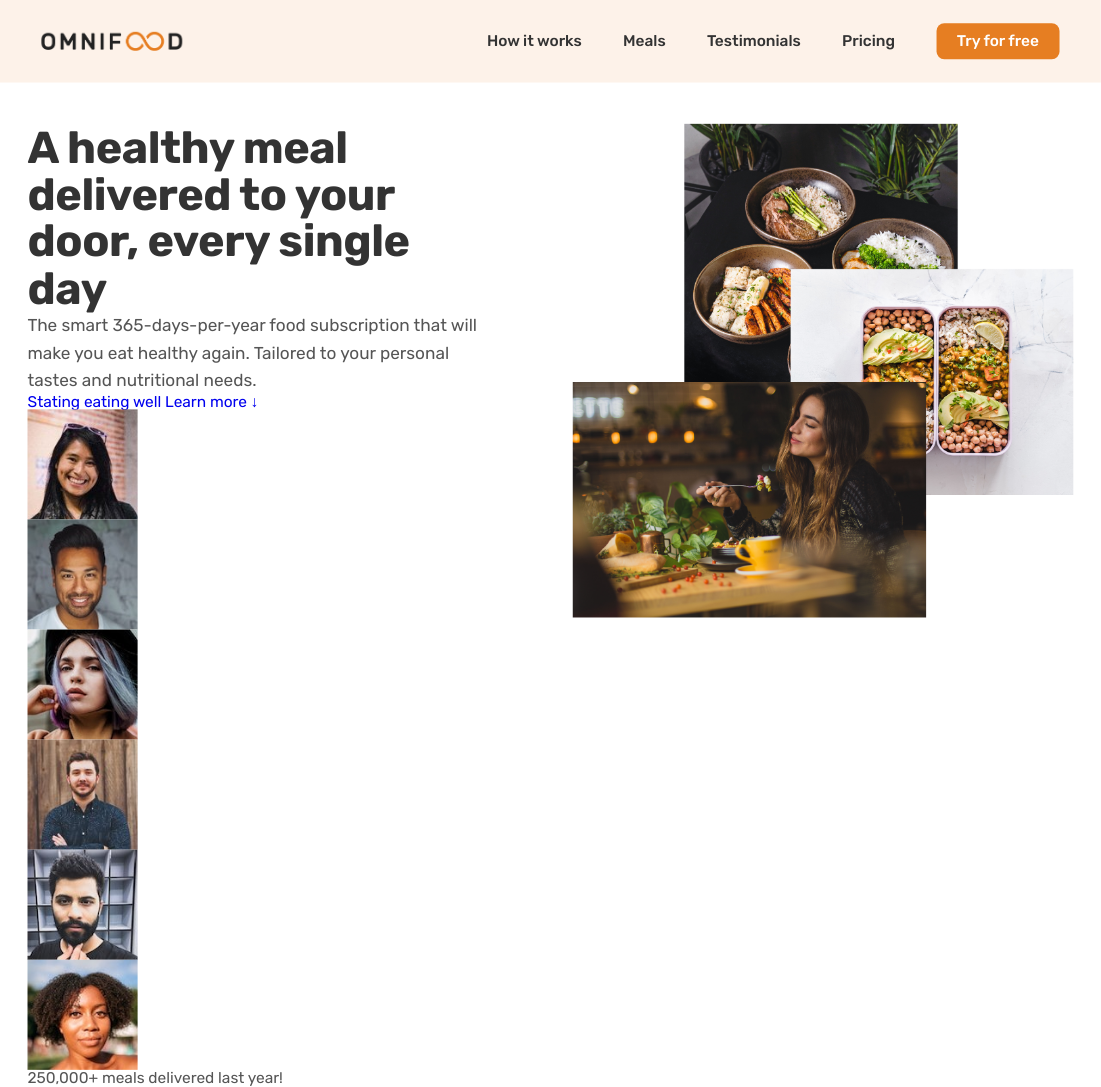
Repository: longvuht/omnifood-vu-nl
Page: index.html
The author's editor kept a copy of each file at every save. The page is drawn from the files as they stood at one save, then again after the next save.
The browser window is 1280 px wide. The pictures show the whole page, at 86% of full size.
The style sheet was rebuilt from its Sass, Less or Tailwind sources for each picture, by a compiler version that may differ from the author's.

Above is the page before, as saved 2022-09-18 17:57:56.

### index.html
<!DOCTYPE html>
<html lang="en">
  <head>
    <meta charset="UTF-8" />
    <meta name="viewport" content="width=device-width, initial-scale=1.0" />
    <link rel="preconnect" href="https://fonts.googleapis.com" />
    <link rel="preconnect" href="https://fonts.gstatic.com" crossorigin />
    <link
      href="https://fonts.googleapis.com/css2?family=Rubik:wght@400;500;600;700&display=swap"
      rel="stylesheet"
    />
    <link rel="stylesheet" href="./css/style.css" />
    <title>Omnifood vu-nl</title>
  </head>
  <body>
    <div class="wrapper">
      <header class="header">
        <div class="header__container">
          <div class="header__logo">
            <a href="#none" class="header__link"
              ><img
                src="./image/omnifood-logo.png"
                alt="logo omnifood-logo"
                class="header__image"
            /></a>
          </div>
          <div class="header__menu">
            <ul class="header__list">
              <li class="header__item">
                <a href="#none" class="header__link">How it works</a>
              </li>
              <li class="header__item">
                <a href="#none" class="header__link">Meals</a>
              </li>
              <li class="header__item">
                <a href="#none" class="header__link">Testimonials</a>
              </li>
              <li class="header__item">
                <a href="#none" class="header__link">Pricing</a>
              </li>
              <li class="header__item">
                <a href="#none" class="header__link">Try for free</a>
              </li>
            </ul>
          </div>
        </div>
      </header>
      <section class="hero">
        <div class="hero__container">
          <div class="hero__info">
            <h1 class="hero__heading">
              A healthy meal delivered to your door, every single day
            </h1>
            <p class="text-lg hero__desc">
              The smart 365-days-per-year food subscription that will make you
              eat healthy again. Tailored to your personal tastes and
              nutritional needs.
            </p>
            <a href="#none" class="button button--primary"
              >Stating eating well</a
            >
            <a href="#none" class="button button--secondary"
              >Learn more &ShortDownArrow;</a
            >
            <div class="hero__meals">
              <div class="hero__meals-customer">
                <img
                  src="./image/customers/customer-1.jpg"
                  alt="customer image"
                  class="hero__meals-image"
                />
                <img
                  src="./image/customers/customer-2.jpg"
                  alt="customer image"
                  class="hero__meals-image"
                />
                <img
                  src="./image/customers/customer-3.jpg"
                  alt="customer image"
                  class="hero__meals-image"
                />
                <img
                  src="./image/customers/customer-4.jpg"
                  alt="customer image"
                  class="hero__meals-image"
                />
                <img
                  src="./image/customers/customer-5.jpg"
                  alt="customer image"
                  class="hero__meals-image"
                />
                <img
                  src="./image/customers/customer-6.jpg"
                  alt="customer image"
                  class="hero__meals-image"
                />
              </div>
              <p class="hero__meals-delivered">
                <span>250,000+</span> meals delivered last year!
              </p>
            </div>
          </div>
          <div class="hero__image">
            <img
              src="./image/hero.png"
              alt="woman enjoying food, meals in strorage container, and food bowls on a table"
            />
          </div>
        </div>
      </section>
    </div>
  </body>
</html>

### sass/app.scss
@import "reset";
@import "variables";
@import "typography";
@import "global";
@import "header";
@import "hero";

### sass/_reset.scss
html {
  box-sizing: border-box;
}
* {
  margin: 0;
  padding: 0;
}
*,
*:before,
*:after {
  box-sizing: border-box;
}
input,
textarea,
select,
button {
  outline: none;
}
input {
  line-height: normal;
}
label,
button {
  cursor: pointer;
}
a {
  text-decoration: none;
}
img {
  display: block;
  max-width: 100%;
}
html {
  font-size: 62.5%;
}

### sass/_variables.scss
$primary-color: #fdf2e9;
$secondary-color: #e67e22;
$heading-color: #333;
$logo-color: #808080;
$text-color: #555;
$font: "Rubik", sans-serif;

### sass/_typography.scss
h1 {
  font-size: 5.2rem;
  font-weight: 700;
  letter-spacing: -0.5px;
  line-height: calc(54.6 / 52);
  color: $heading-color;
}
h2 {
  font-size: 4.4rem;
  font-weight: 700;
  letter-spacing: -0.5px;
  line-height: calc(52.8 / 44);
  color: $heading-color;
}
h3 {
  font-size: 3rem;
  font-weight: 700;
  letter-spacing: -0.5px;
  line-height: calc(36 / 30);
  counter-reset: $heading-color;
}
.text-lg {
  font-size: 2rem;
  line-height: calc(32 / 20);
}

### sass/_global.scss
body {
  font-family: $font;
  font-size: 1.8rem;
  line-height: 1;
  font-weight: 400;
  color: #555;
}
.container {
  max-width: 120rem;
  margin: 0 auto;
}

### sass/_header.scss
.header {
  margin-bottom: 4.8rem;
  &__container {
    padding: 2.7rem 4.8rem;
    background-color: $primary-color;
    display: flex;
    justify-content: space-between;
    align-items: center;
  }
  &__image {
    height: 2.2rem;
  }
  &__list {
    display: flex;
    justify-content: space-between;
    align-items: center;
    gap: 0 4.8rem;
    list-style-type: none;
  }
  &__item {
    &:last-child {
      padding: 1.2rem 2.4rem;
      color: #fff;
      background-color: $secondary-color;
      border-radius: 0.9rem;
      & .header__link {
        color: #fff;
      }
    }
  }
  &__link {
    color: $heading-color;
    font-weight: 500;
  }
}

### sass/_hero.scss
.hero {
  &__container {
    max-width: 130rem;
    margin: 0 auto;
    padding: 0 3.2rem;
    display: flex;
    justify-content: space-between;

    gap: 0 9.6rem;
  }
}

After the next save:
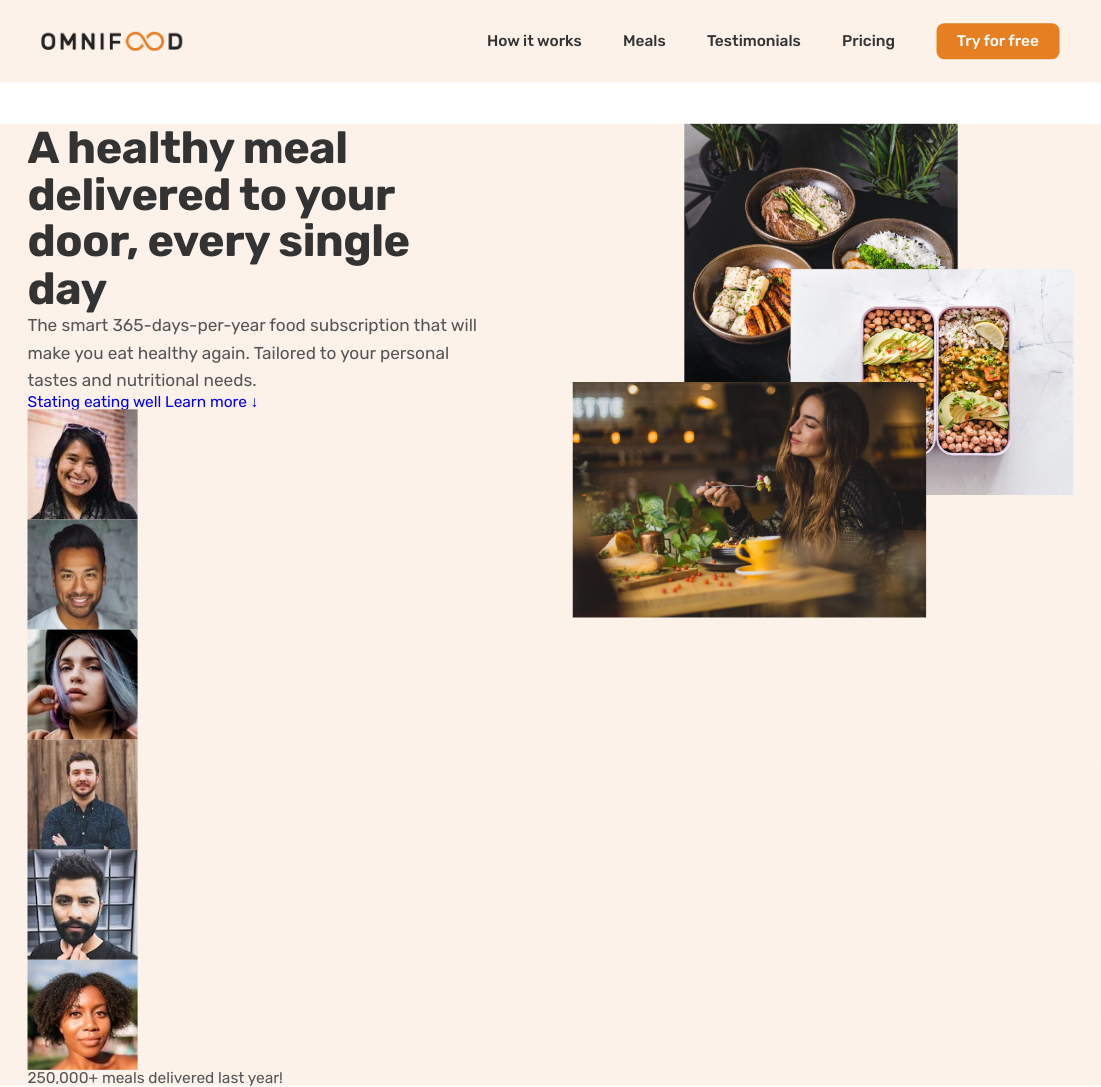
Saved 24 s later.
--- a/sass/_hero.scss
+++ b/sass/_hero.scss
@@ -5,7 +5,7 @@
     padding: 0 3.2rem;
     display: flex;
     justify-content: space-between;
-
     gap: 0 9.6rem;
+    background-color: $primary-color;
   }
 }
